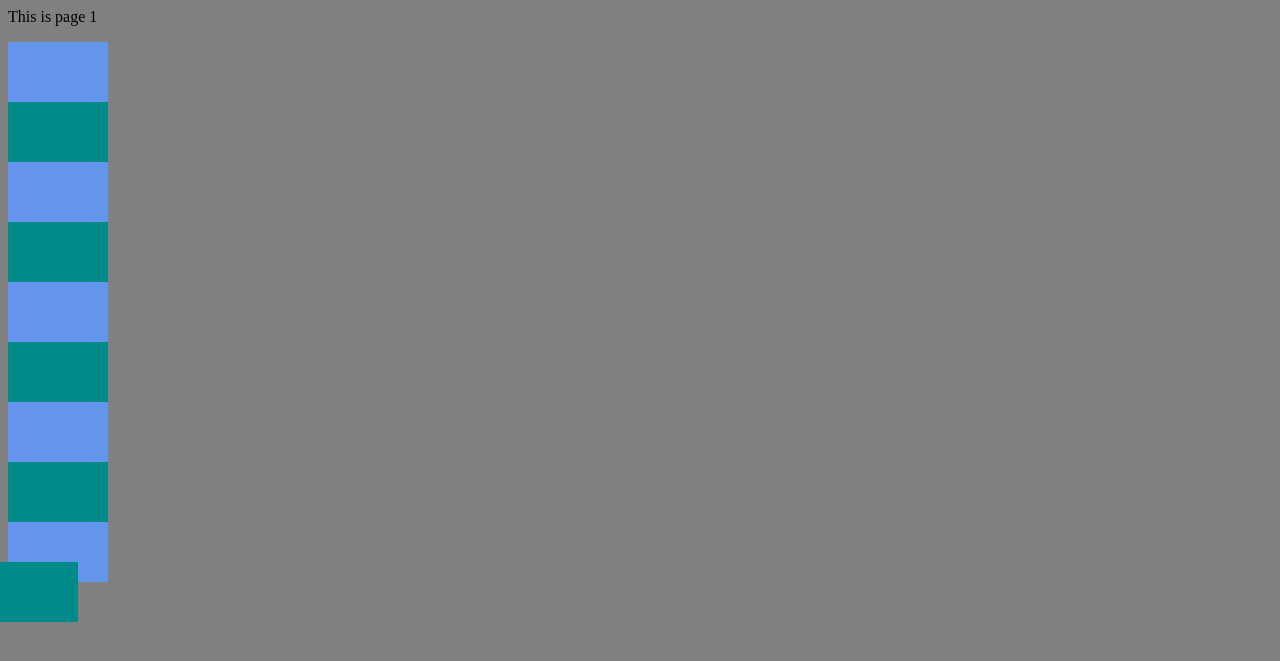
Repository: hanj291/hanj291.github.io
Page: page1.html
The author's editor kept a record of every edit. The page is drawn from the files as they stood at one moment, then again after the next edit.
The browser window is 1280 px wide. The pictures show the whole page.

Above is the page before.

After the next edit:
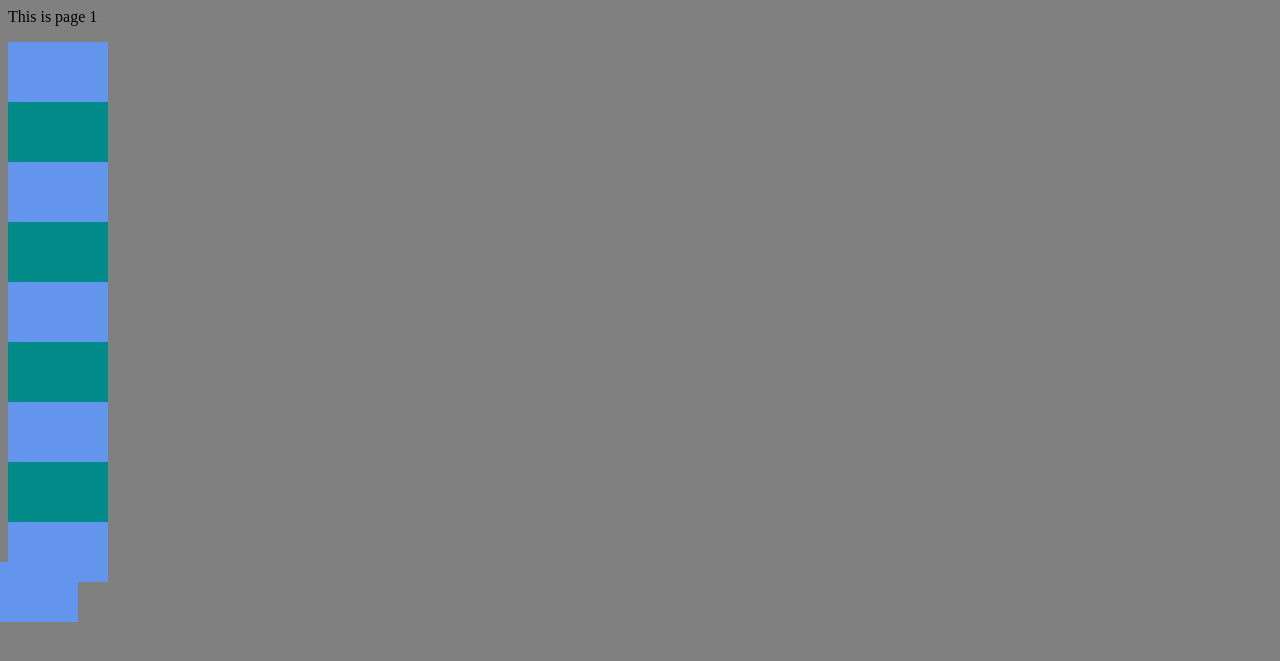
The edit:
--- a/page1css.css
+++ b/page1css.css
@@ -103,7 +103,7 @@
 .zero {
     width: 100px;
     height: 60px;
-    background-color: #008B8B;
+    background-color: #6495ED;
     position: relative;
     bottom: 20px;
     right: 30px;
